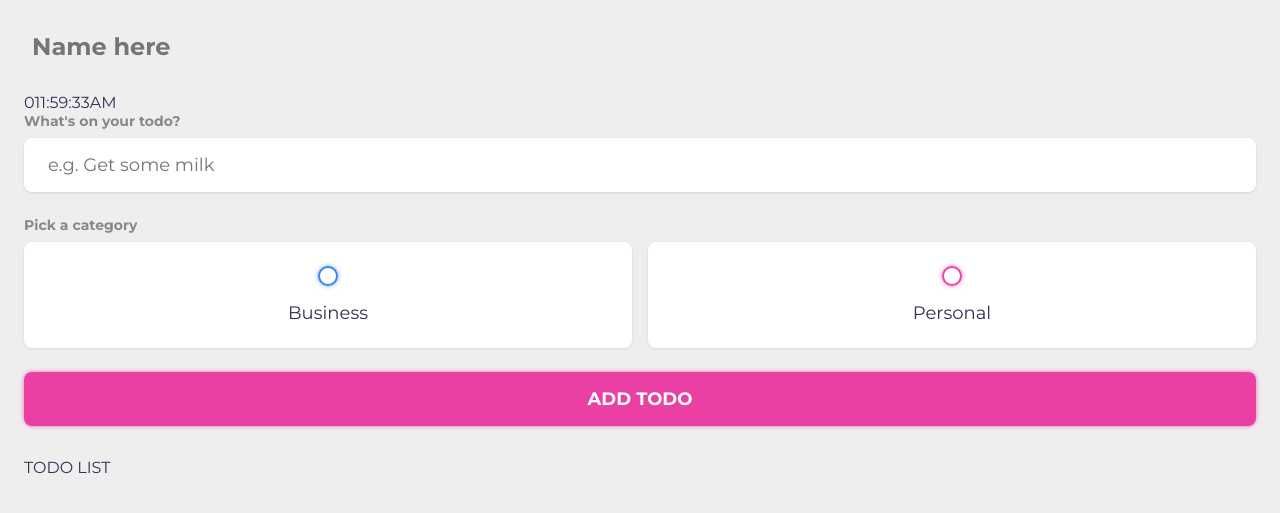
Repository: kluivert-ssali/kaDo_final
Page: index.html
An editor plug-in stored every save of this project. The page is shown before and after the next save, followed by the edit.
The browser window is 1280 px wide. The pictures show the whole page.
Some web libraries are served in a nearby version.

Above is the page before, as saved 2023-06-11 18:53:55.

After the next save:
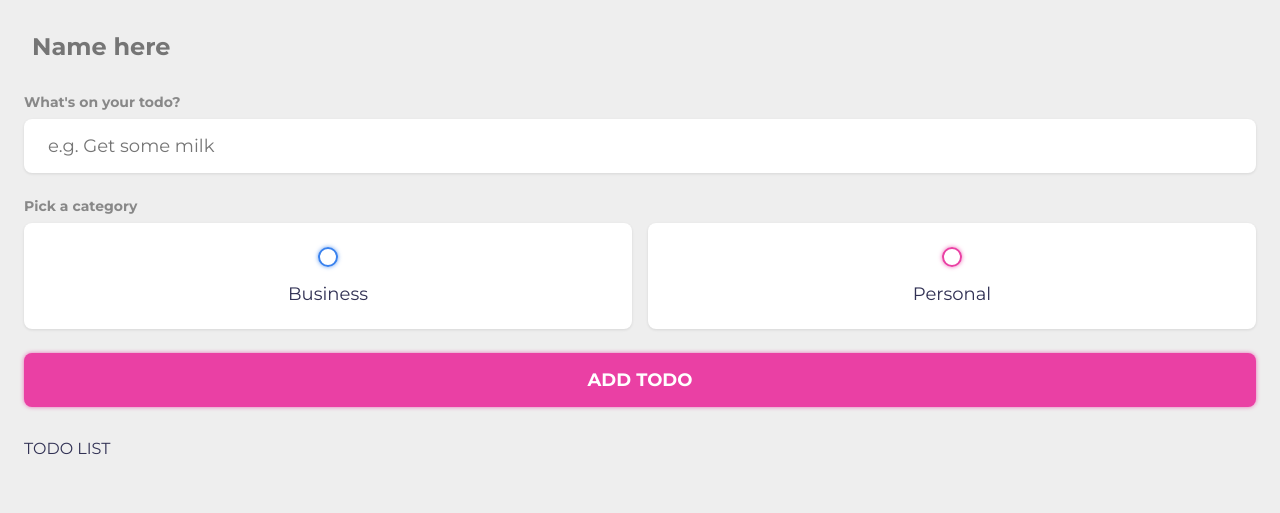
Console error: SyntaxError: Unexpected end of input
Saved 2 min 4 s later.
--- a/main.js
+++ b/main.js
@@ -2,34 +2,18 @@
 $(document).ready(function() {
 	function dateTime() {
 	  var ndate = new Date();
-	  var h = ndate.getHours() % 12;
-	  var format = h >= 12 ? 'PM' : 'AM';
-	  var m = ndate.getMinutes().toString();
-	  var s = ndate.getSeconds().toString();
+	  var hours = ndate.getHours();
+	  var message = hours < 12 ? 'Good Morning' : hours < 18 ? 'Good Afternoon' : 'Good Evening';
+	  $("h3.day-message").text(message);
 
-	  if (h < 12) {
-		h = "0" + h;
-		$("h3.day-message").html("Good Morning");
-	  } else if (h < 18) {
-		$("h3.day-message").html("Good Afternoon");
-	  } else {
-		$("h3.day-message").html("Good Evening");
-	  }
-
-	  if (s < 10) {
-		s = "0" + s;
-	  }
-
-	  if (m < 10) {
-		m = "0" + m;
-	  }
-
-	  $('.date').html(h + ":" + m + ":" + s + format);
+	  $('.date').html(hours.leadingZeroes(2) + ":" + ndate.getMinutes().leadingZeroes(2) + ":" + ndate.getSeconds().leadingZeroes(2) + (hours < 12 ? 'AM' : 'PM'));
 	}
 
 	setInterval(dateTime, 1000);
   });
 
+  Number.prototype.leadingZeroes = function(len) {
+	return (new Array(len).fill('0', 0).join('') + this).slice(-Math.abs(len));
 //   End of good morning furn
 
 

After the save that followed:
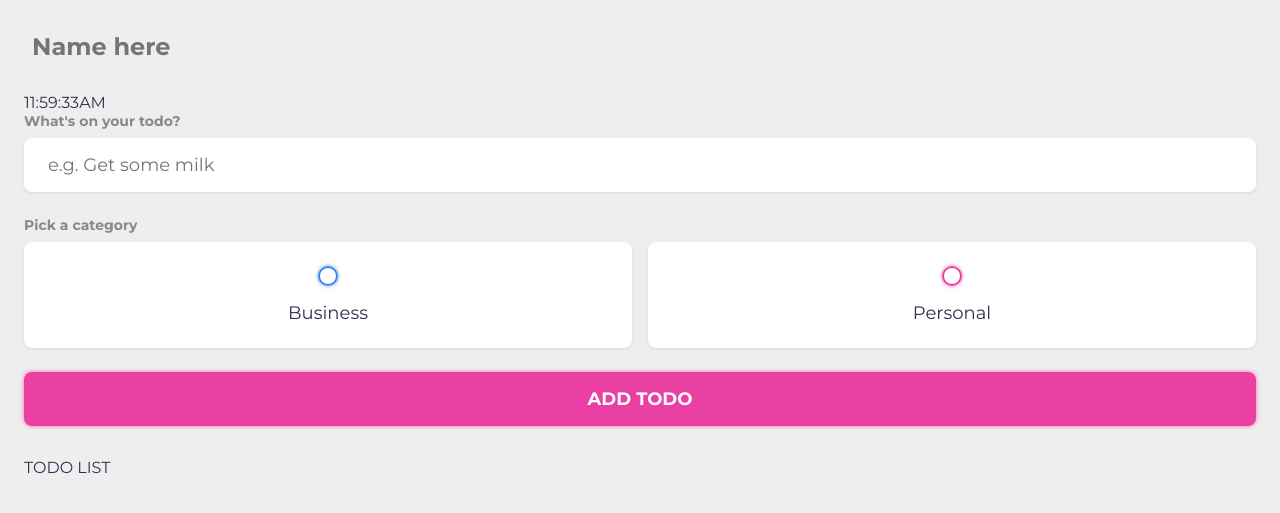
The error is gone.
Saved 35 s later.
--- a/main.js
+++ b/main.js
@@ -14,6 +14,7 @@
 
   Number.prototype.leadingZeroes = function(len) {
 	return (new Array(len).fill('0', 0).join('') + this).slice(-Math.abs(len));
+  }
 //   End of good morning furn
 
 
